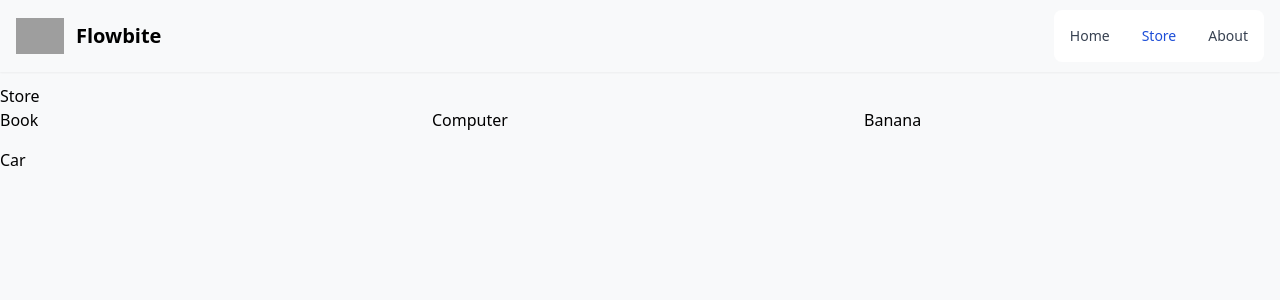
Repository: ducanhaep/react-ts-shopping-cart
Page: /store
The author's editor kept a copy of each file at every save. The page is drawn from the files as they stood at one save, then again after the next save.
The browser window is 1280 px wide. The pictures show the whole page.
Pictures or frames that could not be fetched are drawn as grey boxes. The project was rebuilt for these pictures with package versions that can differ from the ones it lists, and the page was loaded fresh each time. Also part of the build but not shown: vite.config.ts, src/pages/About.js, src/pages/Home.js.

Above is the page before, as saved 2023-01-11 19:02:26.

After the next save:
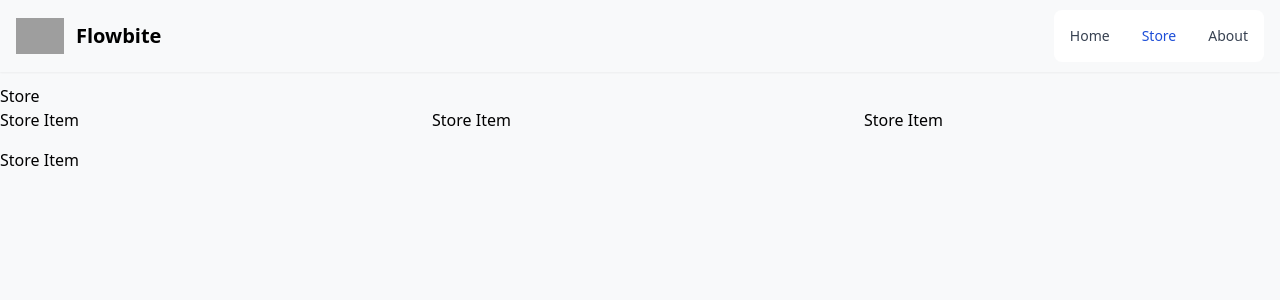
Saved 5 s later.
--- a/src/pages/Store.tsx
+++ b/src/pages/Store.tsx
@@ -1,3 +1,4 @@
+import { StoreItem } from "../components/StoreItem";
 import storeItems from "../data/items.json";
 export function Store() {
   return (
@@ -5,7 +6,7 @@ export function Store() {
       <h1>Store</h1>
       <div className="grid grid-cols-1 md:grid-cols-3 2xl:grid-cols-4 gap-4">
         {storeItems.map((item) => (
-          <div>{item.name}</div>
+          <StoreItem {...item} key={item.id} />
         ))}
       </div>
     </>

After the save that followed:
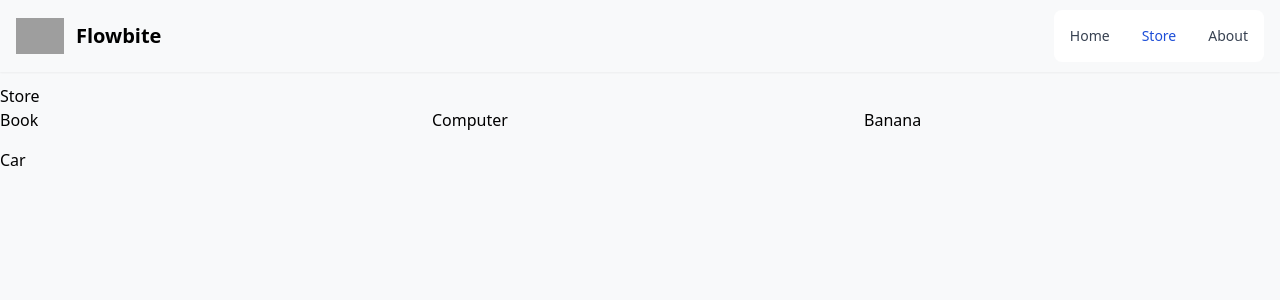
Saved 84 s later.
--- a/src/components/StoreItem.tsx
+++ b/src/components/StoreItem.tsx
@@ -1,3 +1,9 @@
-export function StoreItem() {
-  return <h1>Store Item</h1>;
+interface StoreItemProps {
+  id: string;
+  name: string;
+  price: number;
+  imgUrl: string;
 }
+export function StoreItem(props: StoreItemProps) {
+  return <h1>{props.name}</h1>;
+}
